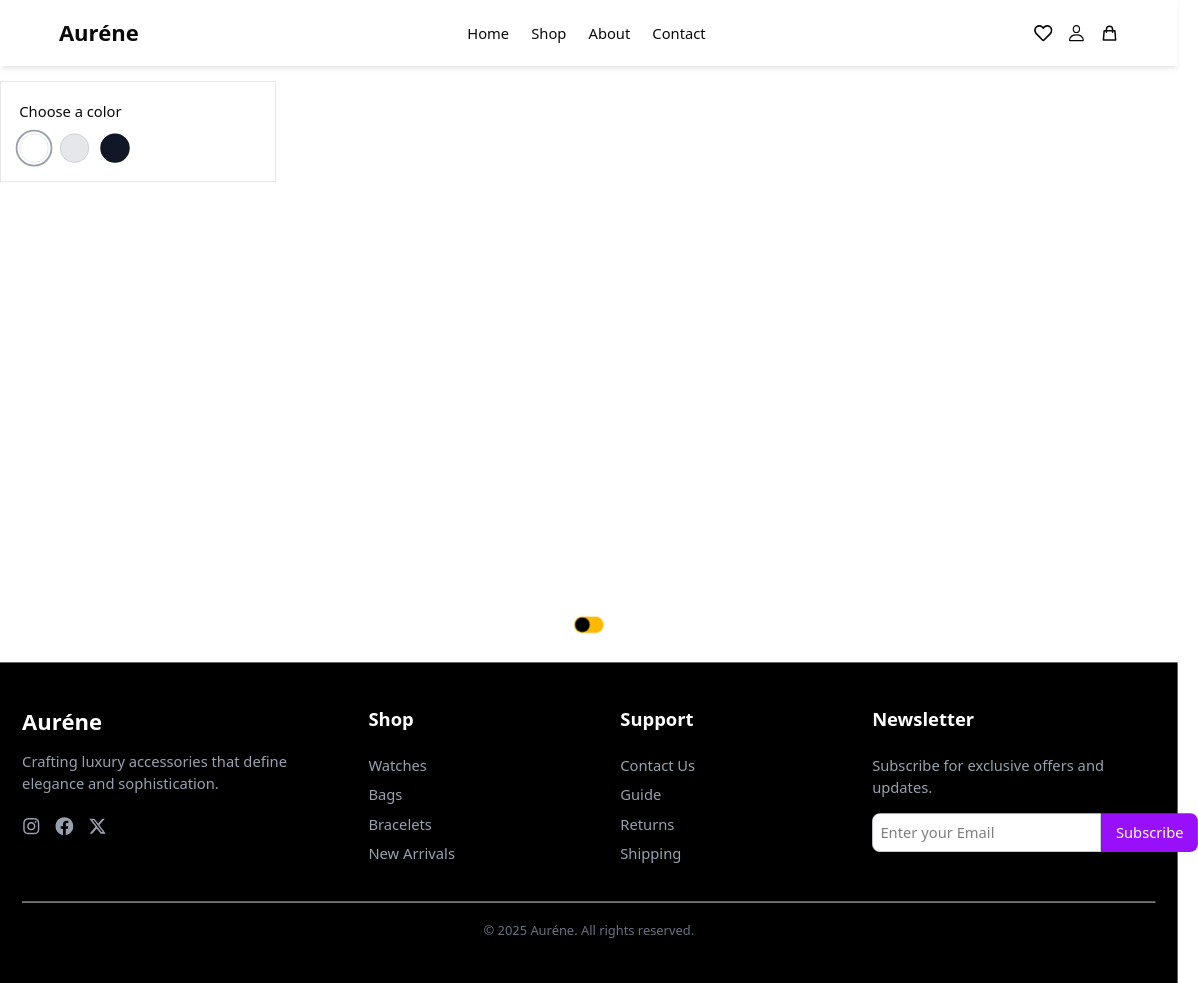
Repository: oehab30/Aur-ne-e-commerce-
Page: /Wishlist
An editor plug-in stored every save of this project. The page is shown before and after a run of saves, followed by the edit.
The browser window is 1280 px wide. The page is 1302 px wide, so the pictures cover 1302 px, including what lies to the right of the window. The pictures show the whole page, at 92% of full size.
The project was rebuilt for these pictures with package versions that can differ from the ones it lists, and the page was loaded fresh each time. Also part of the build but not shown: src/components/home-page/Hero.tsx, src/components/home-page/Hotoffers.tsx, src/components/home-page/Dontmiss.tsx, src/components/home-page/Featuredcollection.tsx, src/components/home-page/BestSellers.tsx, src/components/home-page/Summercollection.tsx, src/pages/Home.tsx, src/components/common/Categories.tsx and 7 more.

Above is the page before, as saved 2025-11-26 18:55:04.

After the next 2 saves:
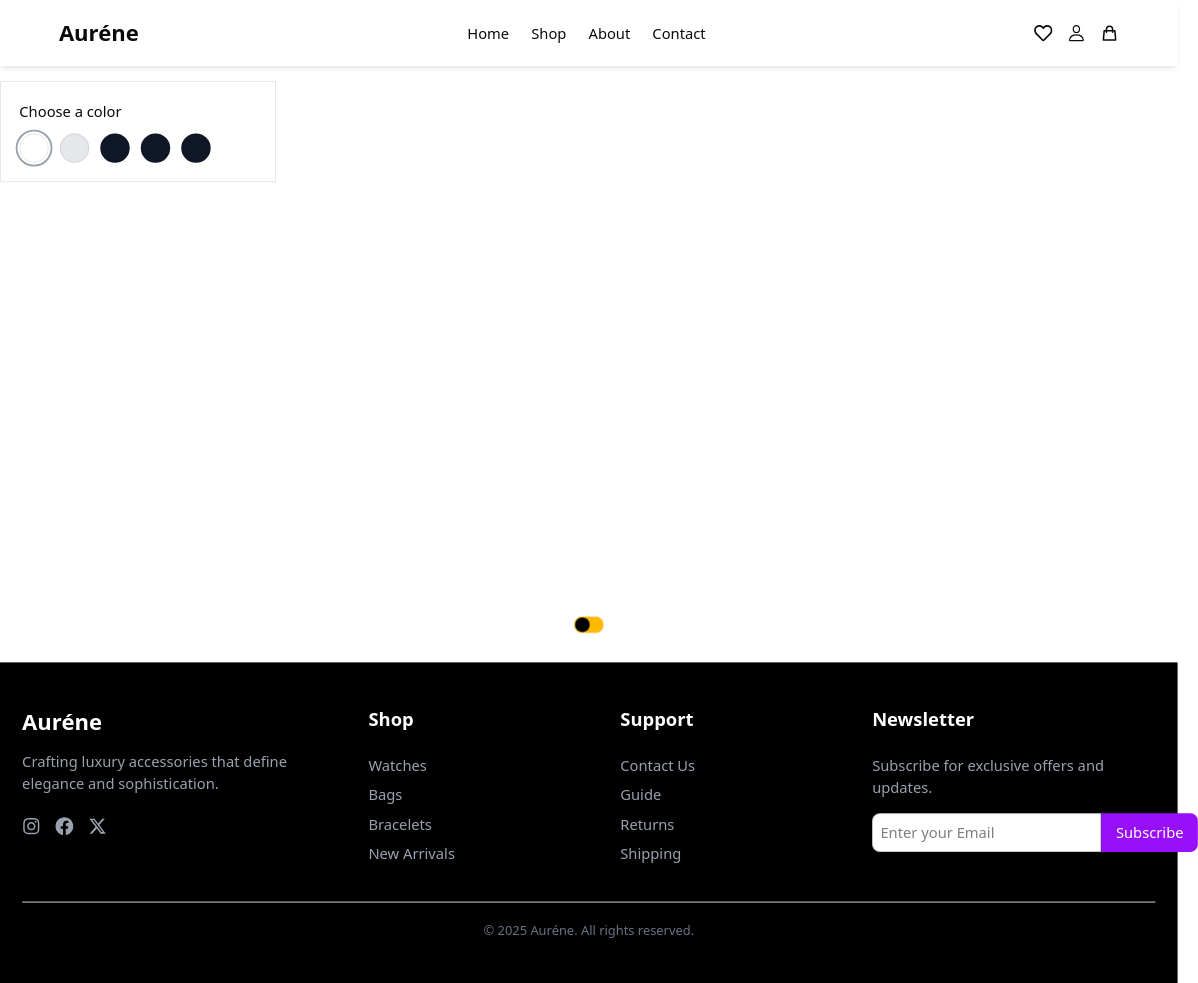
The 2 saves are shown as one change because they came seconds apart.
The last was saved 20 s later.
--- a/src/components/Shop-page/color.tsx
+++ b/src/components/Shop-page/color.tsx
@@ -6,6 +6,8 @@ function Color() {
     colors: [
       { id: 'white', name: 'White', classes: 'bg-white checked:outline-gray-400' },
       { id: 'gray', name: 'Gray', classes: 'bg-gray-200 checked:outline-gray-400' },
+      { id: 'black', name: 'Black', classes: 'bg-gray-900 checked:outline-gray-900' },
+      { id: 'black', name: 'Black', classes: 'bg-gray-900 checked:outline-gray-900' },
       { id: 'black', name: 'Black', classes: 'bg-gray-900 checked:outline-gray-900' },
     ],
   };
